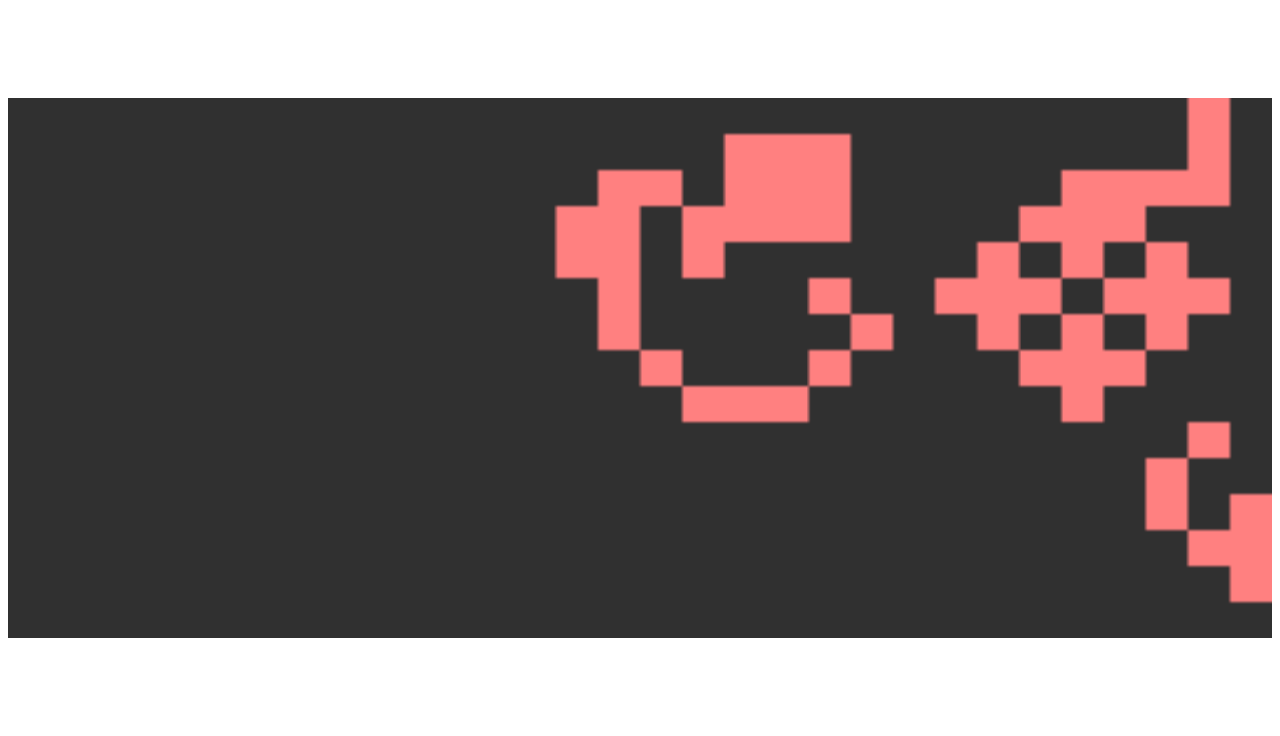
Repository: mayoujin/gol
Page: index.html
The author's editor kept a copy of each file at every save. The page is drawn from the files as they stood at one save, then again after the next save.
The browser window is 1280 px wide. The pictures show the whole page.

Above is the page before, as saved 2021-03-20 14:21:49.

### index.html
<!DOCTYPE html>
<html lang="en">
    <head>
        <meta charset="UTF-8">
        <title>Title</title>
        <link rel="stylesheet" type="text/css" href="index.css" />
        <script type="module" src="index.js" defer></script>
    </head>
    <body>
        <canvas id="canvas">
            Your browser does not support the HTML5 canvas tag.
        </canvas>
    </body>
</html>

### index.css
body {
  min-height: 100vh;
  display: flex;
  place-items: center;
  overflow: hidden;
}

#canvas {
  width: 100vw;
  height: 75vh;
}

### index.js
class Cell {
  // Set the size for each cell
  static width = 10;
  static height = 10;

  constructor(context, gridX, gridY) {
    this.context = context;

    // Store the position of this cell in the grid
    this.gridX = gridX;
    this.gridY = gridY;

    // Make random squares alive
    this.alive = Math.random() > 0.5;
  }

  draw() {
    // Draw a square, let the state determine the color
    this.context.fillStyle = this.alive ? "#ff8080" : "#303030";
    this.context.fillRect(
      this.gridX * Cell.width,
      this.gridY * Cell.height,
      Cell.width,
      Cell.height
    );
  }
}

class Game {
  /**
   *
   */
  cellManager = null;

  constructor(canvas, options = {}) {
    if (!canvas || canvas.tagName !== "CANVAS") {
      throw new Error("Canvas is not exists or not invalid node type");
    }
    const context = canvas.getContext("2d");
    const { rows = 40, columns = 75 } = options;
    const { width, height } = canvas;

    this.cellManager = new CellManager(context, {
      rows,
      columns,
      width,
      height,
    });
  }
  nextCycle() {
    this.cellManager.nextCycle();
  }
}

class CellManager {
  width = 0;
  height = 0;

  columns = 75;
  rows = 40;

  cells = [];
  context = null;

  constructor(context, options) {
    this.context = context;

    const { rows = 40, columns = 75, width, height } = options;
    Object.assign(this, { rows, columns, width, height });

    this.createGrid();
  }

  createGrid() {
    for (let y = 0; y < this.rows; y++) {
      for (let x = 0; x < this.columns; x++) {
        this.cells.push(new Cell(this.context, x, y));
      }
    }
  }

  isAlive(x, y) {
    if (x < 0 || x >= this.columns || y < 0 || y >= this.rows) {
      return false;
    }

    return this.cells[this.gridToIndex(x, y)].alive ? 1 : 0;
  }

  gridToIndex(x, y) {
    return x + y * this.columns;
  }

  checkSurrounding() {
    // Iterate over all cells
    const isAlive = this.isAlive.bind(this);

    for (let x = 0; x < this.columns; x++) {
      for (let y = 0; y < this.rows; y++) {
        // Count the nearby population
        const countAlive =
          isAlive(x - 1, y - 1) +
          isAlive(x, y - 1) +
          isAlive(x + 1, y - 1) +
          isAlive(x - 1, y) +
          isAlive(x + 1, y) +
          isAlive(x - 1, y + 1) +
          isAlive(x, y + 1) +
          isAlive(x + 1, y + 1);
        const centerIndex = this.gridToIndex(x, y);

        this.cells[centerIndex].nextAlive = ((countAlive) => {
          switch (countAlive) {
            case 2:
              // Do nothing
              return this.cells[centerIndex].alive;
            case 3:
              // Make alive
              return true;
            default:
              // Make dead
              return false;
          }
        })(countAlive);
      }
    }

    // Apply the new state to the cells
    this.cells.forEach((cell) => {
      cell.alive = cell.nextAlive;
    });
  }

  nextCycle() {
    // Check the surrounding of each cell
    this.checkSurrounding();

    // Clear the screen
    this.context.clearRect(0, 0, this.width, this.height);

    // Draw all the cells
    this.cells.forEach((cell) => cell.draw());
  }
}

window.onload = () => {
  // The page has loaded, start the game
  const canvas = document.querySelector("#canvas");
  const options = { columns: 50, rows: 100 };
  const game = new Game(canvas, options);
  (function gameLoop() {
    window.requestAnimationFrame(() => {
      game.nextCycle();
      setTimeout(() => gameLoop(), 100);
    });
  })();
};

After the next save:
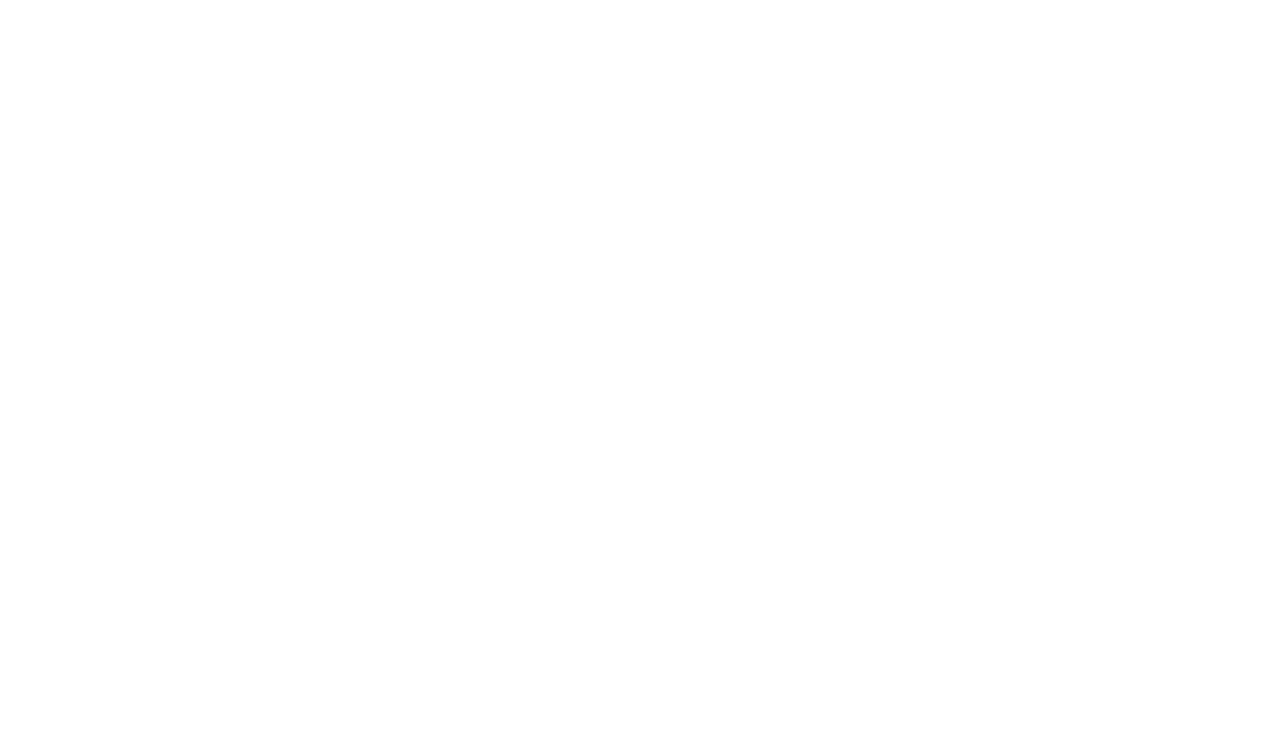
Console error: TypeError: game.nextGeneration is not a function
Saved 4 min 12 s later.
--- a/index.js
+++ b/index.js
@@ -131,7 +131,7 @@
     });
   }
 
-  nextCycle() {
+  nextGeneration() {
     // Check the surrounding of each cell
     this.checkSurrounding();
 
@@ -150,7 +150,7 @@
   const game = new Game(canvas, options);
   (function gameLoop() {
     window.requestAnimationFrame(() => {
-      game.nextCycle();
+      game.nextGeneration();
       setTimeout(() => gameLoop(), 100);
     });
   })();

After the save that followed:
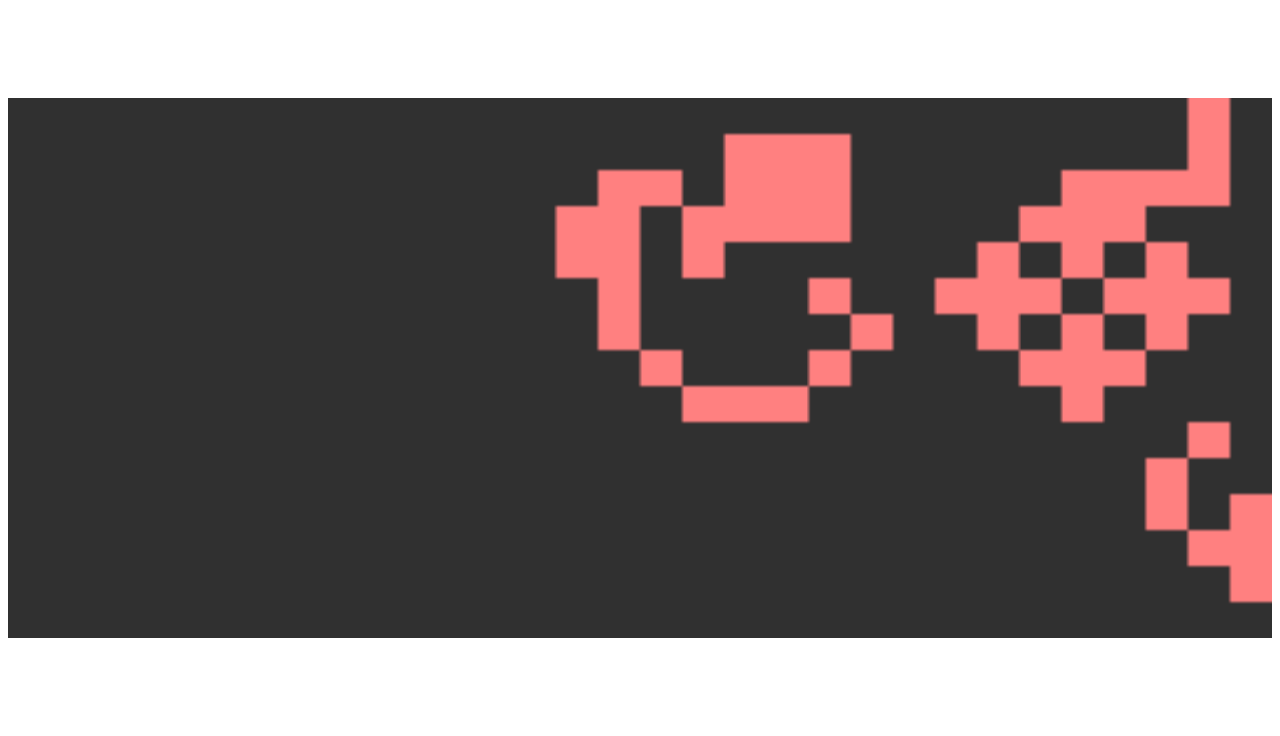
The error is gone.
Saved 23 s later.
--- a/index.js
+++ b/index.js
@@ -47,8 +47,8 @@
       height,
     });
   }
-  nextCycle() {
-    this.cellManager.nextCycle();
+  nextGeneration() {
+    this.cellManager.nextGeneration();
   }
 }
 
